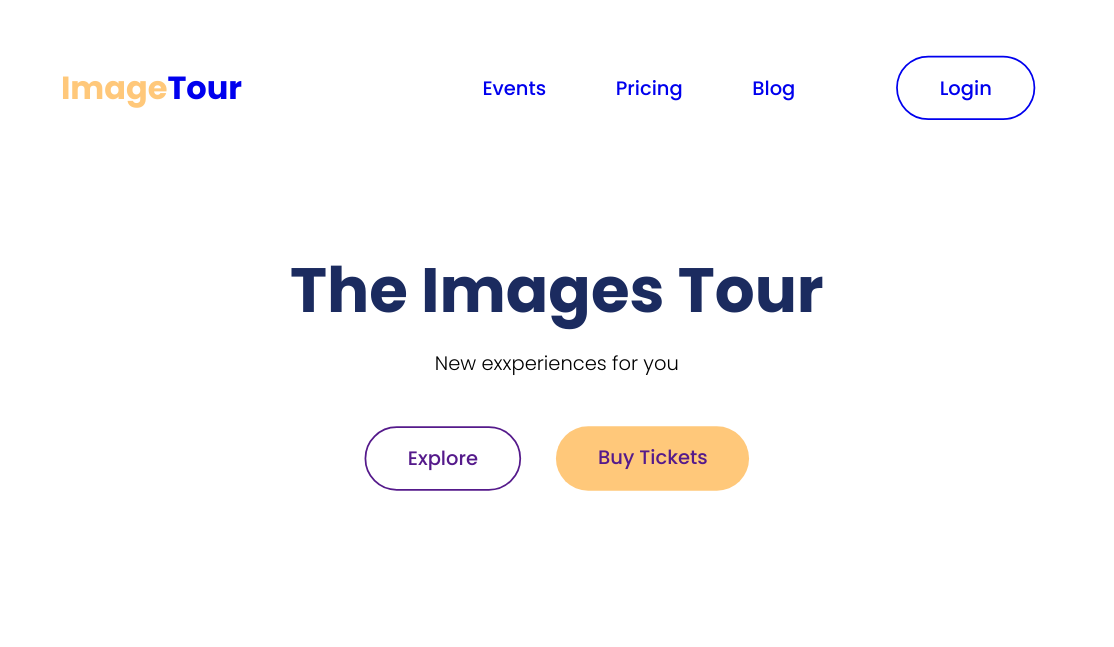
Repository: lausamtuong/Cut-psd-to-html
Page: index.html
The author's editor kept a copy of each file at every save. The page is drawn from the files as they stood at one save, then again after the next save.
The browser window is 1280 px wide. The pictures show the whole page, at 87% of full size.
Some web libraries are served in a nearby version. The style sheet was rebuilt from its Sass, Less or Tailwind sources for each picture, by a compiler version that may differ from the author's.

Above is the page before, as saved 2021-12-07 08:02:44.
Console error: SyntaxError: Unexpected token '<'

After the next save:
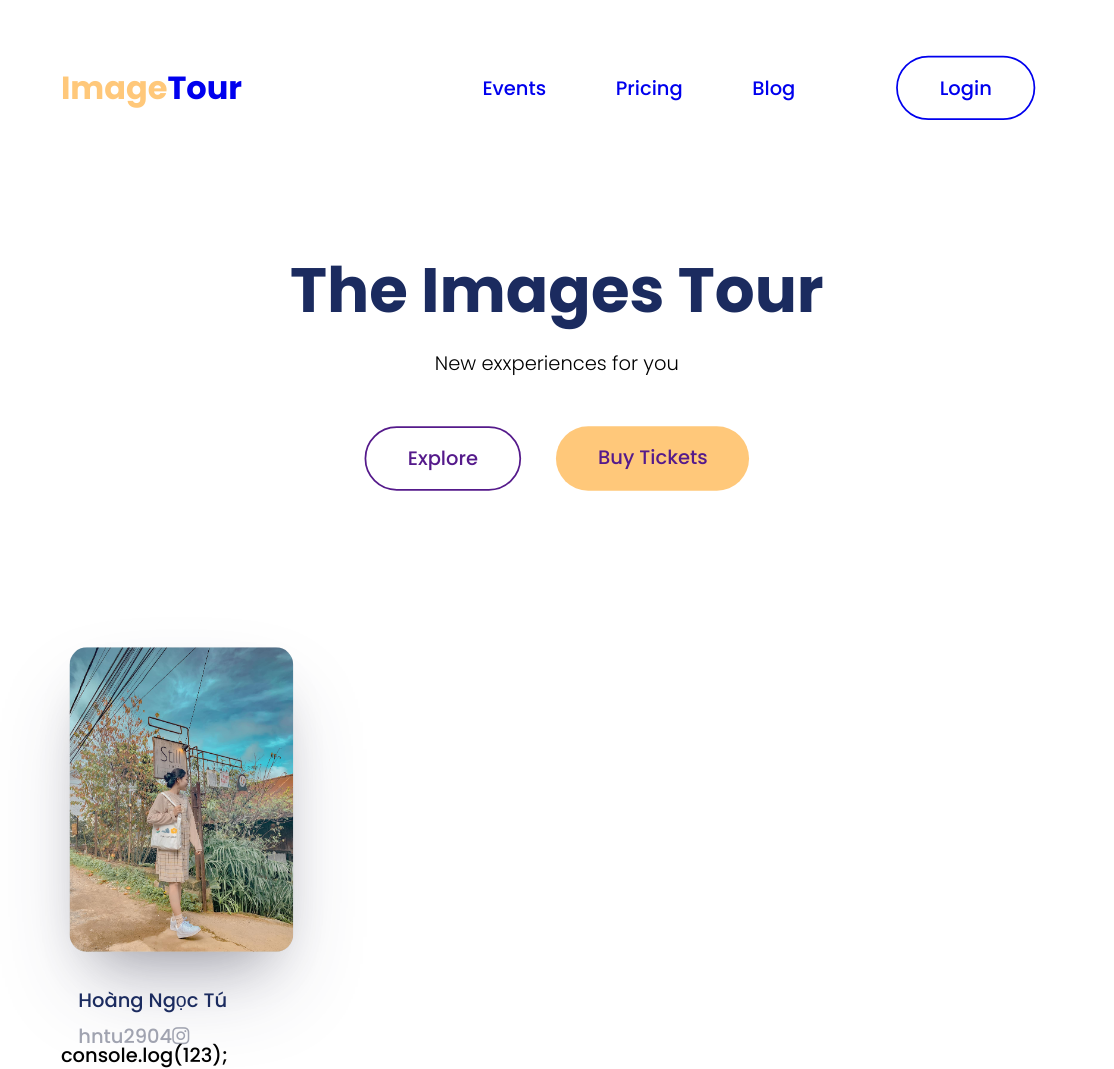
The error is gone.
Saved 22 s later.
--- a/index.html
+++ b/index.html
@@ -79,6 +79,6 @@
 
   <script src="https://unpkg.com/react@17/umd/react.development.js" crossorigin></script>
   <script src="https://unpkg.com/react-dom@17/umd/react-dom.development.js" crossorigin></script>
-  <script  src="./app.js"> </script>
+  <script type="text/babel" src="./app.js"> </script>
 </body>
 </html>
